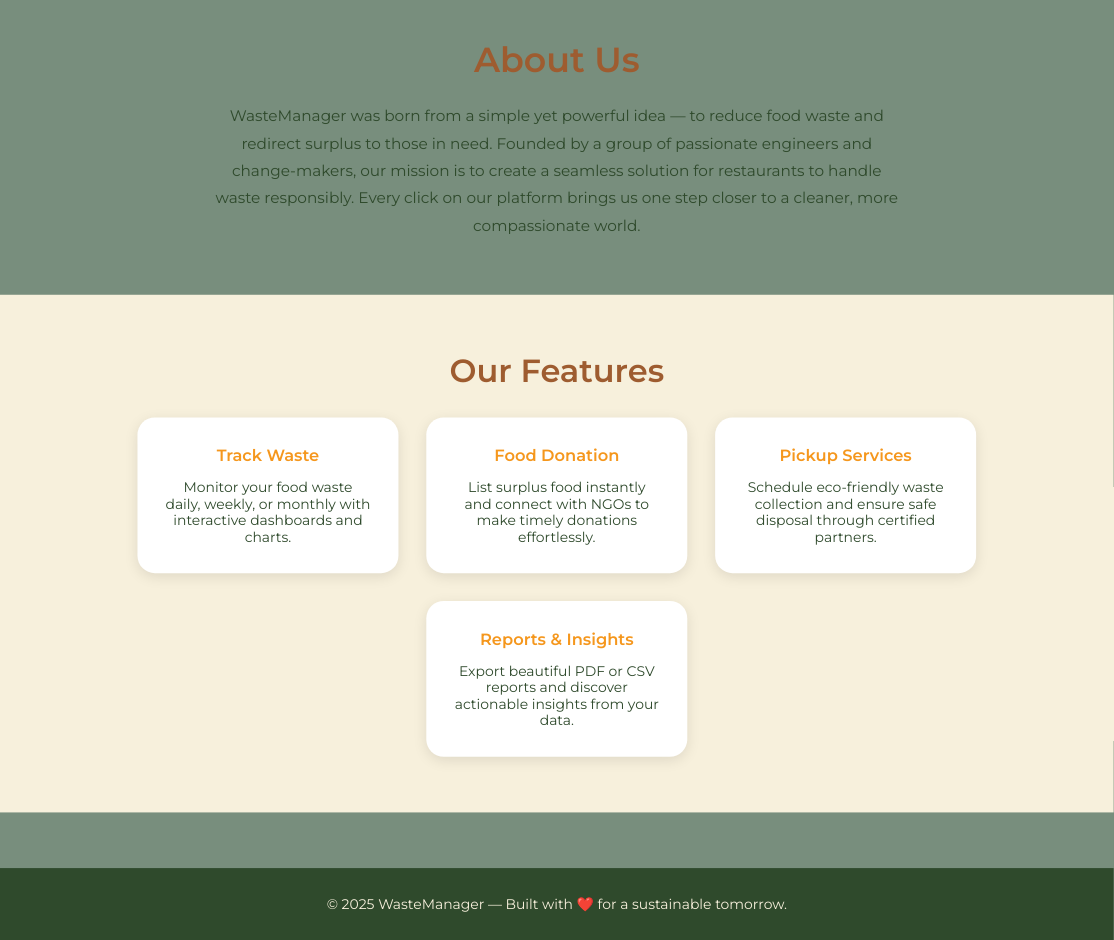
Repository: mahekagrawal25/restaurant-waste-management
Page: frontend/website_landing.html
An editor plug-in stored every save of this project. The page is shown before and after the next save, followed by the edit.
The browser window is 1280 px wide. The pictures show the part of the page from y = 609 to 1849 px (the page is 1690 px tall before and 1849 px after), at 87% of full size.
A picture or video elsewhere on the page could not be fetched, so the positions and the page height are approximate.

Above is the page before, as saved 2025-04-21 10:39:31.

After the next save:
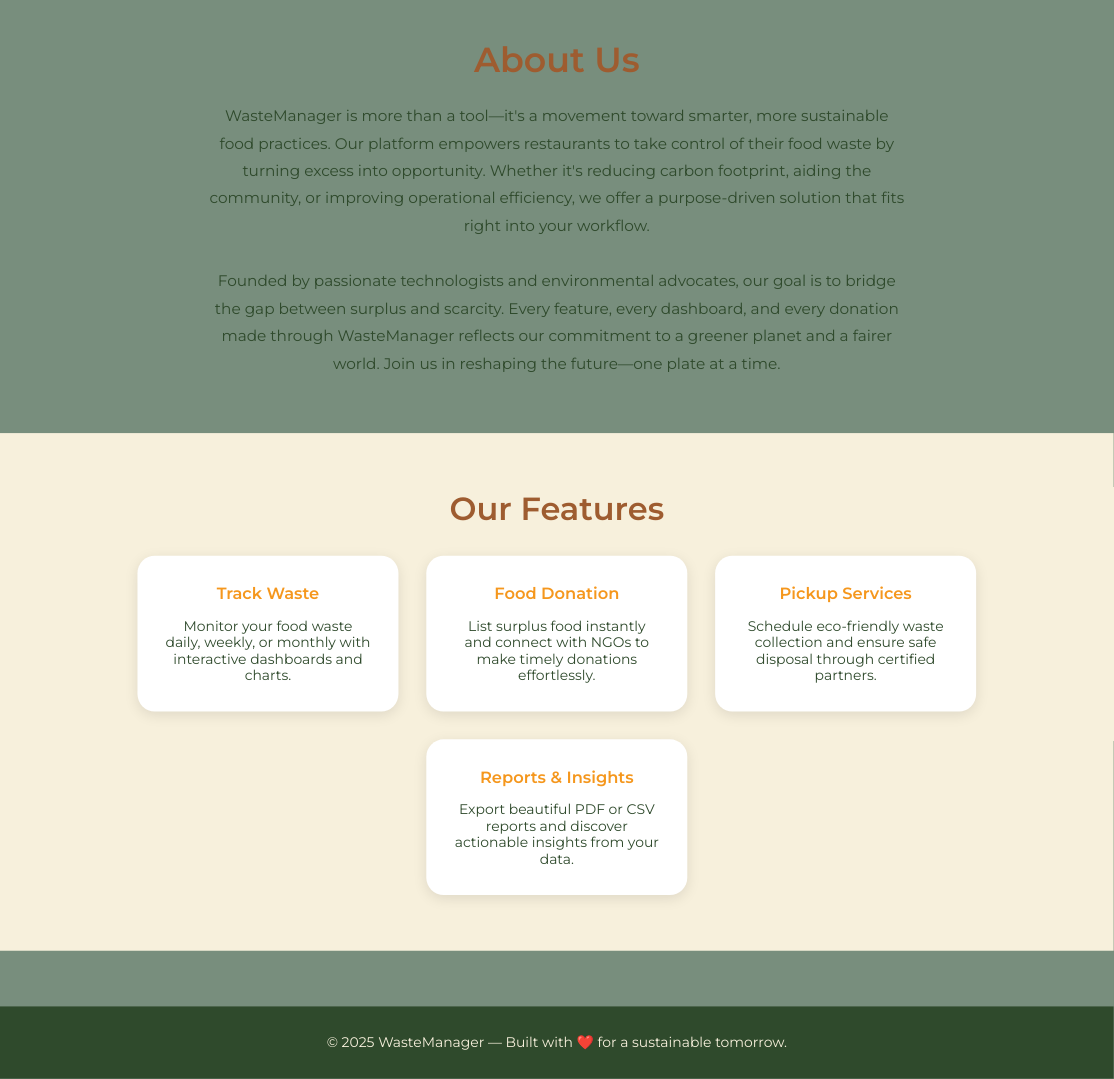
Saved 14 s later.
--- a/frontend/website_landing.html
+++ b/frontend/website_landing.html
@@ -245,11 +245,11 @@
   <section class="about" id="about">
     <h2>About Us</h2>
     <p>
-      WasteManager was born from a simple yet powerful idea — to reduce food waste and redirect surplus to those in need.
-      Founded by a group of passionate engineers and change-makers, our mission is to create a seamless solution for restaurants
-      to handle waste responsibly. Every click on our platform brings us one step closer to a cleaner, more compassionate world.
+      WasteManager is more than a tool—it's a movement toward smarter, more sustainable food practices. Our platform empowers restaurants to take control of their food waste by turning excess into opportunity. Whether it's reducing carbon footprint, aiding the community, or improving operational efficiency, we offer a purpose-driven solution that fits right into your workflow.<br/><br/>
+      Founded by passionate technologists and environmental advocates, our goal is to bridge the gap between surplus and scarcity. Every feature, every dashboard, and every donation made through WasteManager reflects our commitment to a greener planet and a fairer world. Join us in reshaping the future—one plate at a time.
     </p>
   </section>
+
 
   <section class="features" id="features">
     <h2>Our Features</h2>
